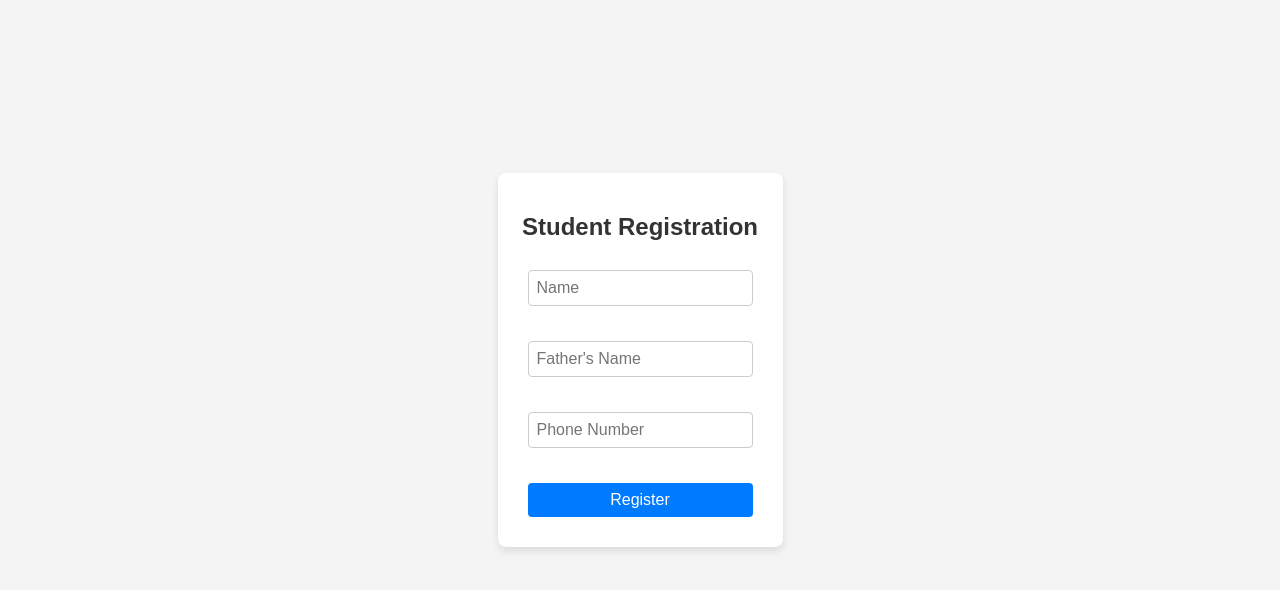
Repository: pripriya09/StudentID-Card-Download
Page: / (app in frontend/)
The author's editor kept a copy of each file at every save. The page is drawn from the files as they stood at one save, then again after the next save.
The browser window is 1280 px wide. The pictures show the whole page.
The project was rebuilt for these pictures with package versions that can differ from the ones it lists, and the page was loaded fresh each time. Also part of the build but not shown: frontend/vite.config.js, frontend/src/copy form/IDCardForm.jsx.

Above is the page before, as saved 2025-01-07 11:16:30.

After the next save:
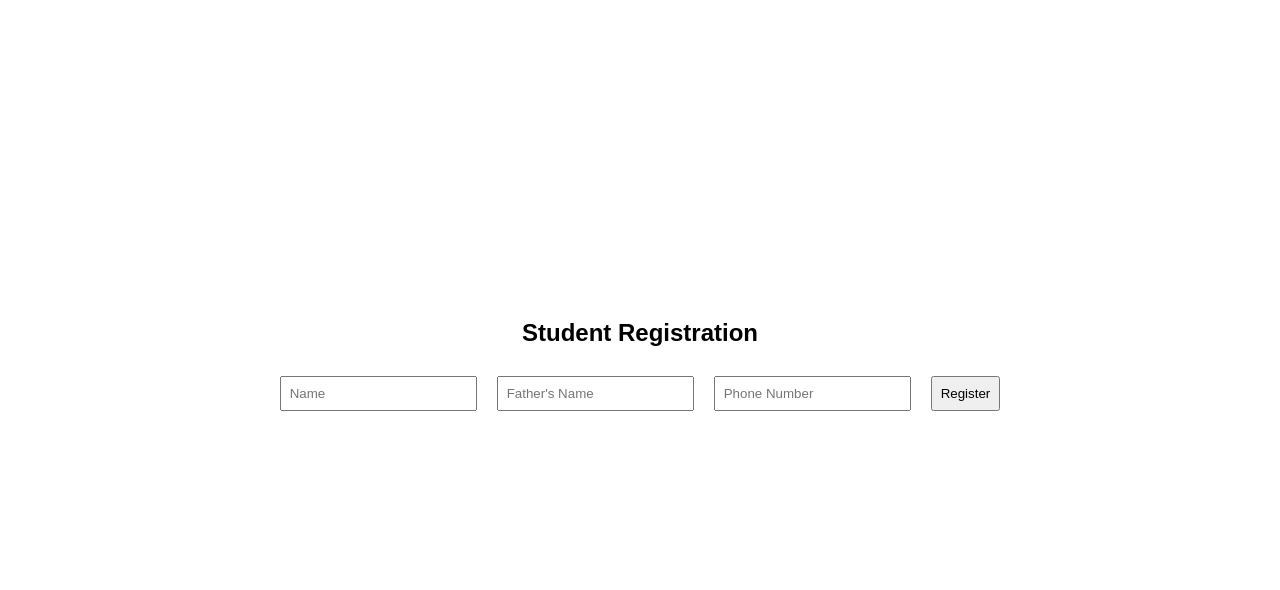
Saved 4 s later.
--- a/frontend/src/App.css
+++ b/frontend/src/App.css
@@ -1,99 +1,16 @@
-/* General styling */
-body {
+.App {
+  /* text-align: center; */
   font-family: Arial, sans-serif;
-  background-color: #f4f4f4;
-  margin: 0;
-  padding: 0;
 }
 
-.App {
-  max-width: 600px;
-  margin: 20px auto;
-  padding: 20px;
-  background-color: #fff;
-  border-radius: 8px;
-  box-shadow: 0 4px 8px rgba(0, 0, 0, 0.1);
-}
-
-h2 {
-  text-align: center;
-  color: #333;
-}
-
-form {
-  display: flex;
-  flex-direction: column;
-  gap: 15px;
-}
-
-input {
-  padding: 10px;
-  border: 1px solid #ccc;
-  border-radius: 4px;
-  font-size: 16px;
-}
-
-input[type="file"] {
-  border: none;
-  background-color: transparent;
-}
-
-button {
-  padding: 12px;
-  background-color: #4CAF50;
-  color: white;
-  border: none;
-  border-radius: 4px;
-  font-size: 16px;
-  cursor: pointer;
-}
-
-button:hover {
-  background-color: #45a049;
-}
-
-h3 {
-  text-align: center;
-  color: #333;
+form input, form button {
+  margin: 10px;
+  padding: 2px;
 }
 
 .id-card {
-  margin-top: 30px;
-  padding: 20px;
-  background-color: #fafafa;
-  border-radius: 8px;
-  border: 1px solid #ddd;
-  box-shadow: 0 2px 4px rgba(0, 0, 0, 0.1);
+  border: 1px solid #ccc;
+  padding: 15px;
+  width: 300px;
+  margin: 20px auto;
 }
-
-.id-card p {
-  font-size: 16px;
-  color: #333;
-}
-
-.profile-image {
-  text-align: center;
-  margin-bottom: 15px;
-}
-
-.profile-image img {
-  border-radius: 50%;
-  width: 150px;
-  height: 150px;
-  object-fit: cover;
-  margin-bottom: 20px;
-}
-
-button {
-  display: inline-block;
-  margin-top: 10px;
-  background-color: #007bff;
-}
-
-button:hover {
-  background-color: #0056b3;
-}
-
-button + button {
-  margin-left: 10px;
-}
